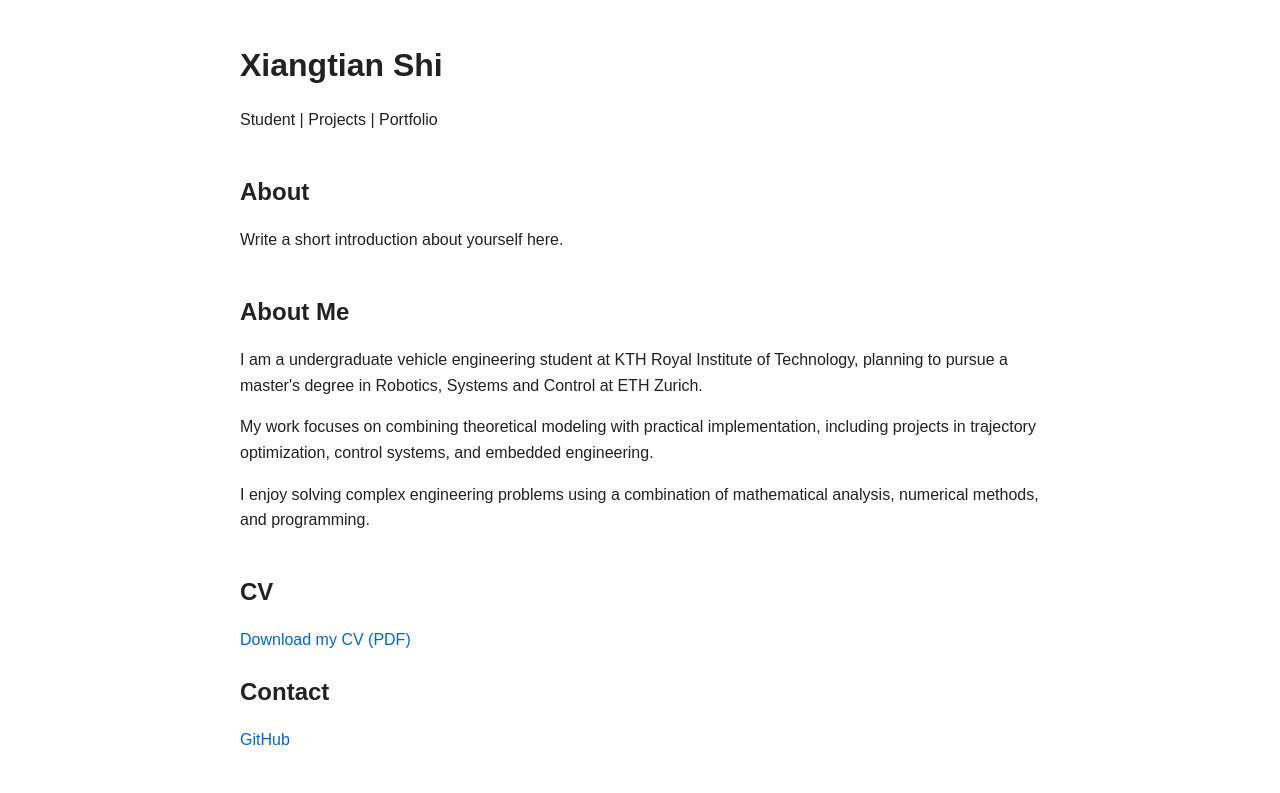
Repository: xitisch/xitisch.github.io
Page: index.html
The author's editor kept a copy of each file at every save. The page is drawn from the files as they stood at one save, then again after the next save.
The browser window is 1280 px wide. The pictures show the whole page.

Above is the page before, as saved 2026-04-21 22:06:57.

After the next save:
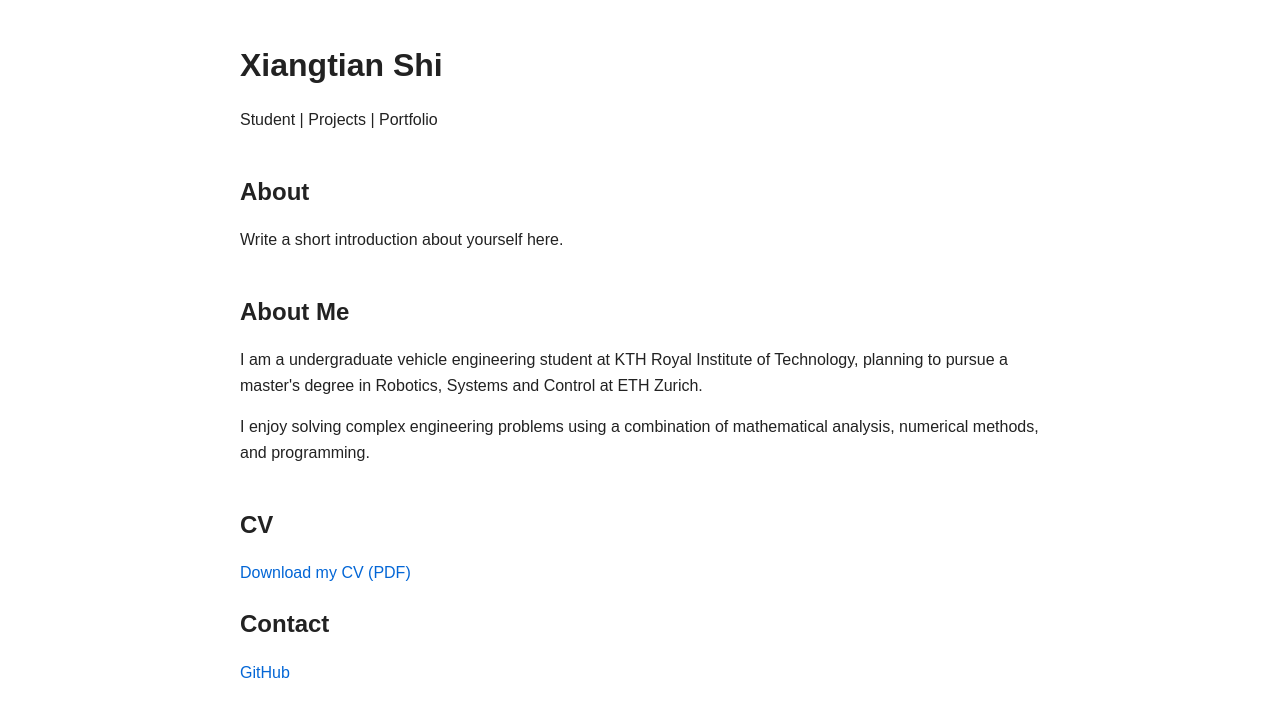
Saved 19 s later.
--- a/index.html
+++ b/index.html
@@ -34,11 +34,6 @@
       I am a undergraduate vehicle engineering student at KTH Royal Institute of Technology,
       planning to pursue a master's degree in Robotics, Systems and Control at ETH Zurich.
     <p>
-      My work focuses on combining theoretical modeling with practical
-      implementation, including projects in trajectory optimization, control
-      systems, and embedded engineering.
-    </p>
-    <p>
     I enjoy solving complex engineering problems using a combination of
     mathematical analysis, numerical methods, and programming.
     </p>
